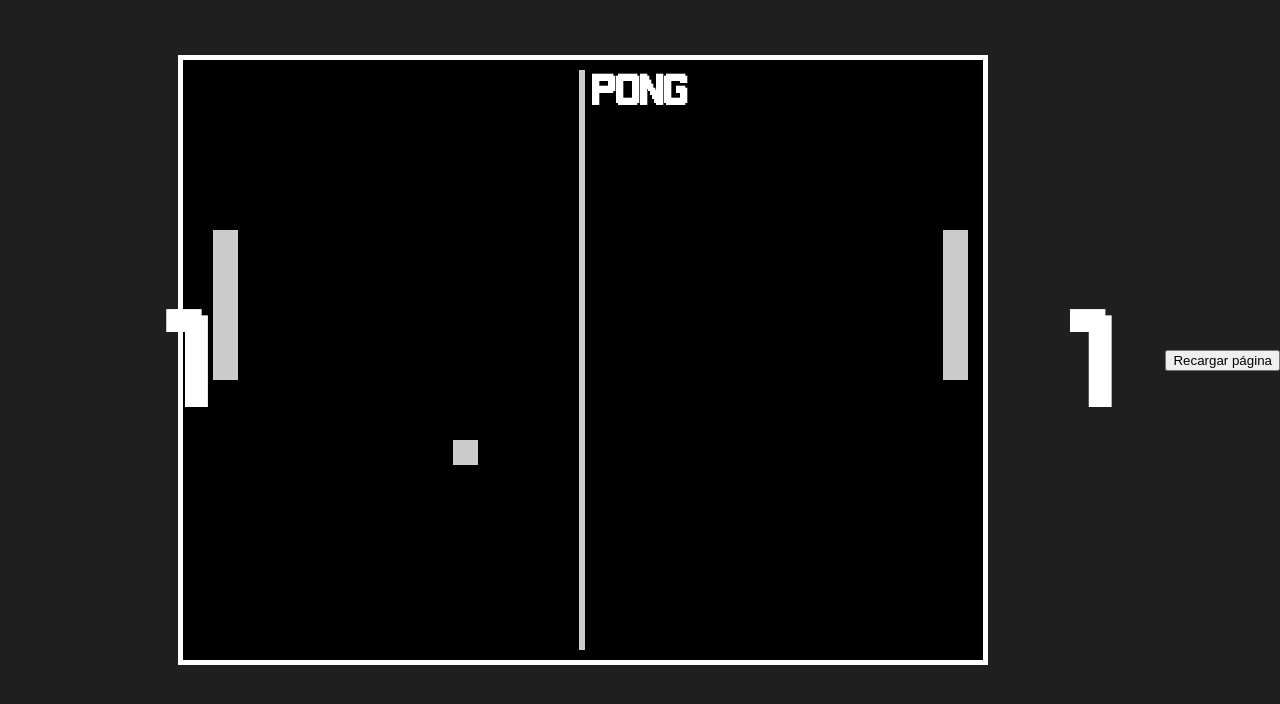
Repository: HaoHanLin7799/TFG
Page: TFG-main/GAMES/PONG/index.html
These files come from the project's save history. The page is drawn as it stood at one moment and after the next save; the edit follows.
The browser window is 1280 px wide. The pictures show the whole page.

Above is the page before, as saved 2026-04-13 23:24:05.

After the next save:
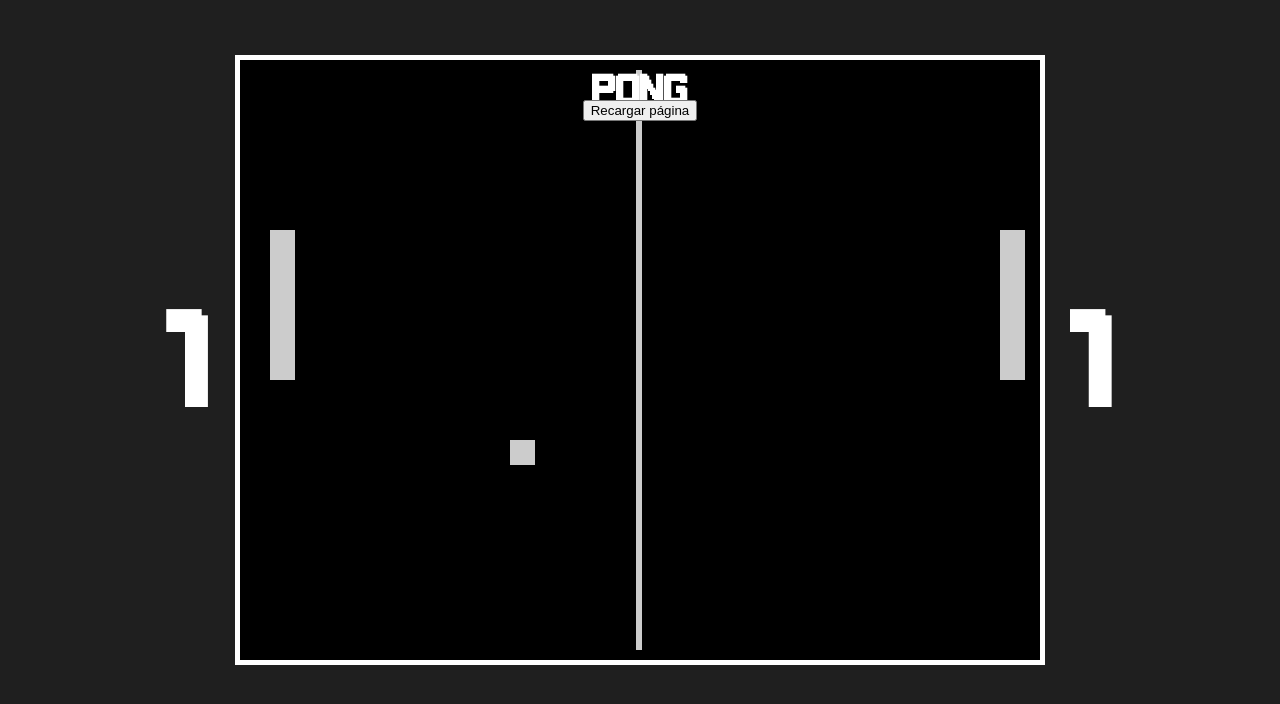
Saved 40 s later.
--- a/TFG-main/GAMES/PONG/style.css
+++ b/TFG-main/GAMES/PONG/style.css
@@ -37,6 +37,7 @@
     font-size: 100px;
 }
 #reset{
-    position: inherit;
+    position: absolute;
+    top: 100px
 
 }
